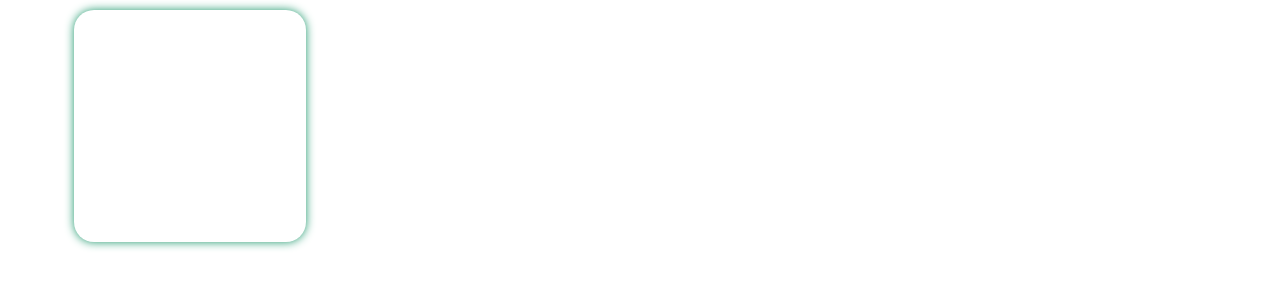
Repository: lokeshHappiest/reactjs-hm-template
Page: / (app in hm-react-template/)
The author's editor kept a copy of each file at every save. The page is drawn from the files as they stood at one save, then again after the next save.
The browser window is 1280 px wide. The pictures show the whole page.
The project was rebuilt for these pictures with package versions that can differ from the ones it lists, and the page was loaded fresh each time. Requests to the local data server were answered from the project's data file. Also part of the build but not shown: hm-react-template/src/styles/styles.js, hm-react-template/src/components/SButton.jsx.

Above is the page before, as saved 2021-12-23 18:12:34.

### hm-react-template/src/App.js
import SButton from "./components/SButton";
import { useFetch } from "./hooks/useFetch";
import { useState } from "react";
import { Container } from "@mui/material";
import SCard from "./components/SCard";

export default function App() {
  const [url, setUrl] = useState("http://localhost:3000/notes");
  const { data, isPending, error } = useFetch(url);

  return (
    <Container>
      <SCard width={200} height={200} />
    </Container>
    // <div>
    //   {isPending && <div>Loading...</div>}
    //   {error && <div>{error}</div>}
    //   {data && data.map((d) => <div key={d.id}>{d.title}</div>)}
    //   <SButton
    //     title="Fetch All Data"
    //     onClick={() => setUrl("http://localhost:3000/notes")}
    //   />
    //   <SButton
    //     title="Fetch Work Data"
    //     onClick={() => setUrl("http://localhost:3000/notes?category=work")}
    //   />
    // </div>
  );
}

### hm-react-template/src/hooks/useFetch.js
import { useState, useEffect } from "react";

export const useFetch = (url) => {
  const [data, setData] = useState(null);
  const [isPending, setIsPending] = useState(null);
  const [error, setError] = useState(null);

  useEffect(() => {
    const fetchData = async () => {
      setIsPending(true);
      try {
        const response = await fetch(url);
        if (!response.ok) {
          throw new Error(response.statusText);
        }
        const json = await response.json();
        setIsPending(false);
        setError(null);
        setData(json);
      } catch (err) {
        setIsPending(false);
        setError("could not fetch data");
        console.log(err.message);
      }
    };
    fetchData();
  }, [url]);
  return { data, isPending, error };
};

### hm-react-template/src/components/SCard.jsx
import { styled, Box } from "@mui/material";
import { unstable_extendSxProp as extendSXProp } from "@mui/system";

const StyledBox = styled(Box)({});

const styles = {
  card: {
    margin: "10px",
    p: 2,
    textTransform: "none",
    transition: "0.5s",
    backgroundSize: "200% auto",
    color: "white",
    boxShadow: "0 0 10px #1D976C",
    borderRadius: "20px",
    display: "block",
    "&:hover": {
      backgroundPosition: "right center",
    },
  },
};

export default function SCard(inProps) {
  const { sx } = extendSXProp(inProps);
  console.log(sx);
  return <StyledBox sx={{ ...styles.card, ...sx }} />;
}

### hm-react-template/data/db.json
{
  "notes": [
    {
      "title": "Yoshi's birthday bash",
      "details": "Lorem Ipsum is simply dummy text of the printing and typesetting industry. Lorem Ipsum has been the industry's standard dummy text ever since the 1500s, when an unknown printer took a galley of type and scrambled it to make a type specimen book.",
      "category": "reminders",
      "id": 1
    },
    {
      "title": "Complete my ninja training",
      "details": "Lorem Ipsum is simply dummy text of the printing and typesetting industry. Lorem Ipsum has been the industry's standard dummy text ever since the 1500s, when an unknown printer took.",
      "category": "work",
      "id": 2
    },
    {
      "title": "Order a pizza!",
      "details": "Lorem Ipsum is simply dummy text of the printing and typesetting industry. Lorem Ipsum has been the industry's standard dummy text ever since the 1500s, when an unknown printer took a galley of type and scrambled it to make a type specimen book.\nLorem Ipsum is simply dummy text of the printing and typesetting industry. Lorem Ipsum has been the industry's standard dummy text ever since the 1500s, when an unknown printer took a galley of type and scrambled it to make a type specimen book.",
      "category": "todos",
      "id": 3
    },
    {
      "title": "pay the milk man",
      "details": " blah blah blah",
      "category": "work",
      "id": 4
    },
    {
      "title": "Pay the Internet bill",
      "details": "blah blah blah",
      "category": "money",
      "id": 5
    },
    {
      "title": "Note 80",
      "detail": "hksfh kjhfkjsd kfksdhfkj lkkhsjf lkjflasjf lkjlkjf ",
      "category": "reminders",
      "id": 6
    },
    {
      "title": "pay room rent",
      "details": " blah blah blah",
      "category": "work",
      "id": 7
    }
  ]
}

Loaded but not shown: hm-react-template/public/index.html (common file); hm-react-template/src/index.js (common file)

After the next save:
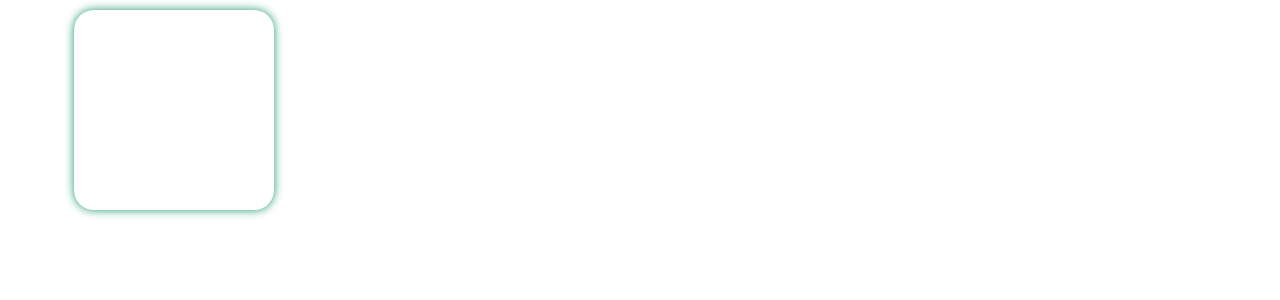
Saved 15 s later.
--- a/hm-react-template/src/components/SCard.jsx
+++ b/hm-react-template/src/components/SCard.jsx
@@ -1,7 +1,7 @@
-import { styled, Box } from "@mui/material";
+import { styled, Box, Button } from "@mui/material";
 import { unstable_extendSxProp as extendSXProp } from "@mui/system";
 
-const StyledBox = styled(Box)({});
+const StyledBox = styled(Button)({});
 
 const styles = {
   card: {
